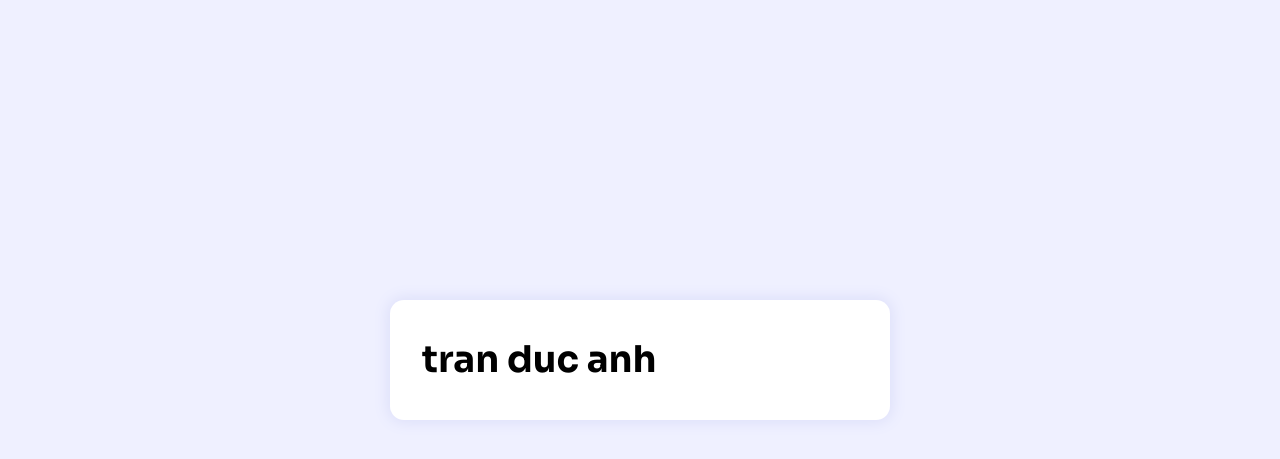
Repository: ducanhaep/react-form-formik-yup
Page: /
An editor plug-in stored every save of this project. The page is shown before and after the next save, followed by the edit.
The browser window is 1280 px wide. The pictures show the whole page.
The project was rebuilt for these pictures with package versions that can differ from the ones it lists, and the page was loaded fresh each time.

Above is the page before, as saved 2022-03-22 12:46:45.

### public/index.html
<!DOCTYPE html>
<html lang="en">

<head>
  <meta charset="utf-8" />
  <link rel="icon" href="%PUBLIC_URL%/favicon.ico" />
  <meta name="viewport" content="width=device-width, initial-scale=1" />
  <meta name="theme-color" content="#000000" />
  <meta name="description" content="Web site created using create-react-app" />
  <link href="https://fonts.googleapis.com/css2?family=Sora:wght@600;700;800&display=swap" rel="stylesheet" />
  <link rel="apple-touch-icon" href="%PUBLIC_URL%/logo192.png" />
  <!--
      manifest.json provides metadata used when your web app is installed on a
      user's mobile device or desktop. See https://developers.google.com/web/fundamentals/web-app-manifest/
    -->
  <link rel="manifest" href="%PUBLIC_URL%/manifest.json" />
  <!--
      Notice the use of %PUBLIC_URL% in the tags above.
      It will be replaced with the URL of the `public` folder during the build.
      Only files inside the `public` folder can be referenced from the HTML.

      Unlike "/favicon.ico" or "favicon.ico", "%PUBLIC_URL%/favicon.ico" will
      work correctly both with client-side routing and a non-root public URL.
      Learn how to configure a non-root public URL by running `npm run build`.
    -->
  <title>React App</title>
</head>

<body>
  <noscript>You need to enable JavaScript to run this app.</noscript>
  <div id="root"></div>
  <!--
      This HTML file is a template.
      If you open it directly in the browser, you will see an empty page.

      You can add webfonts, meta tags, or analytics to this file.
      The build step will place the bundled scripts into the <body> tag.

      To begin the development, run `npm start` or `yarn start`.
      To create a production bundle, use `npm run build` or `yarn build`.
    -->
</body>

</html>

### src/App.js
import "./App.css";

function App() {
  return (
    <div className="App">
      <h1>tran duc anh</h1>
    </div>
  );
}

export default App;

### src/App.css
*,
*::before,
*::after {
  box-sizing: border-box;
  padding: 0;
  margin: 0;
}
header {
  font-size: 1.5rem;
  color: rgb(119, 119, 252);
  font-weight: 700;
  text-align: center;
}
body {
  font-family: "Sora", sans-serif;
  display: flex;
  justify-content: center;
  align-items: center;
  min-height: 100vh;
  background-color: rgb(239, 240, 255);
  scroll-behavior: smooth;
  text-rendering: optimizeSpeed;
  line-height: 1.5;
  padding: 1rem 2rem 1rem 2rem;
  font-size: 1.15rem;
}
.App {
  background-color: white;
  padding: 2rem;
  min-width: 500px;
  border-radius: 14px;
  box-shadow: 0px 0px 14px 3px rgb(222, 224, 250);
}

Loaded but not shown: src/index.js (common file)

After the next save:
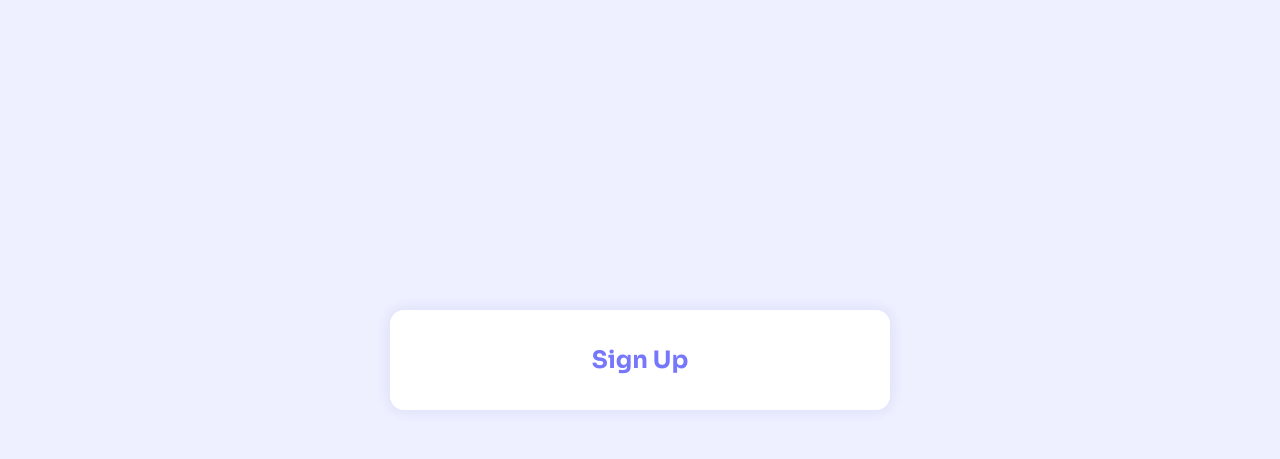
Saved 35 s later.
--- a/src/App.js
+++ b/src/App.js
@@ -3,7 +3,7 @@ import "./App.css";
 function App() {
   return (
     <div className="App">
-      <h1>tran duc anh</h1>
+      <header>Sign Up</header>
     </div>
   );
 }
